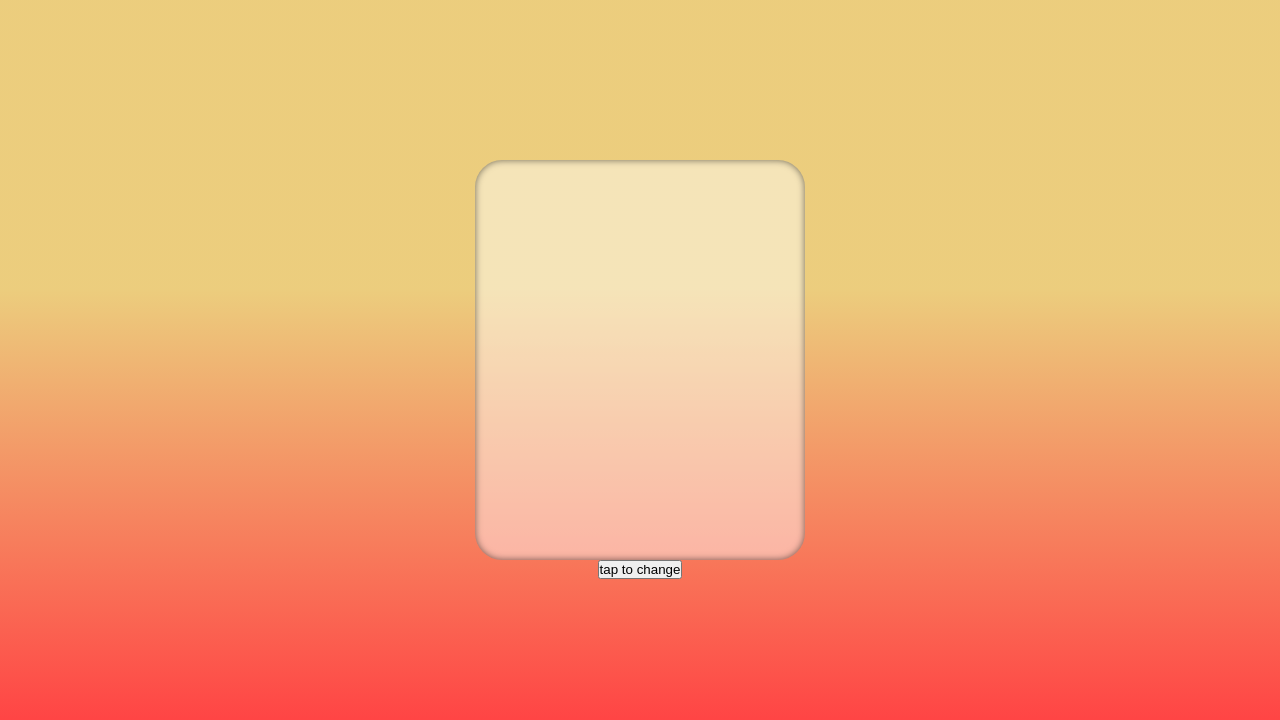
Repository: ThanhThn/profile
Page: index.html
An editor plug-in stored every save of this project. The page is shown before and after the next save, followed by the edit.
The browser window is 1280 px wide. The pictures show the whole page.

Above is the page before, as saved 2022-12-04 23:46:42.

After the next save:
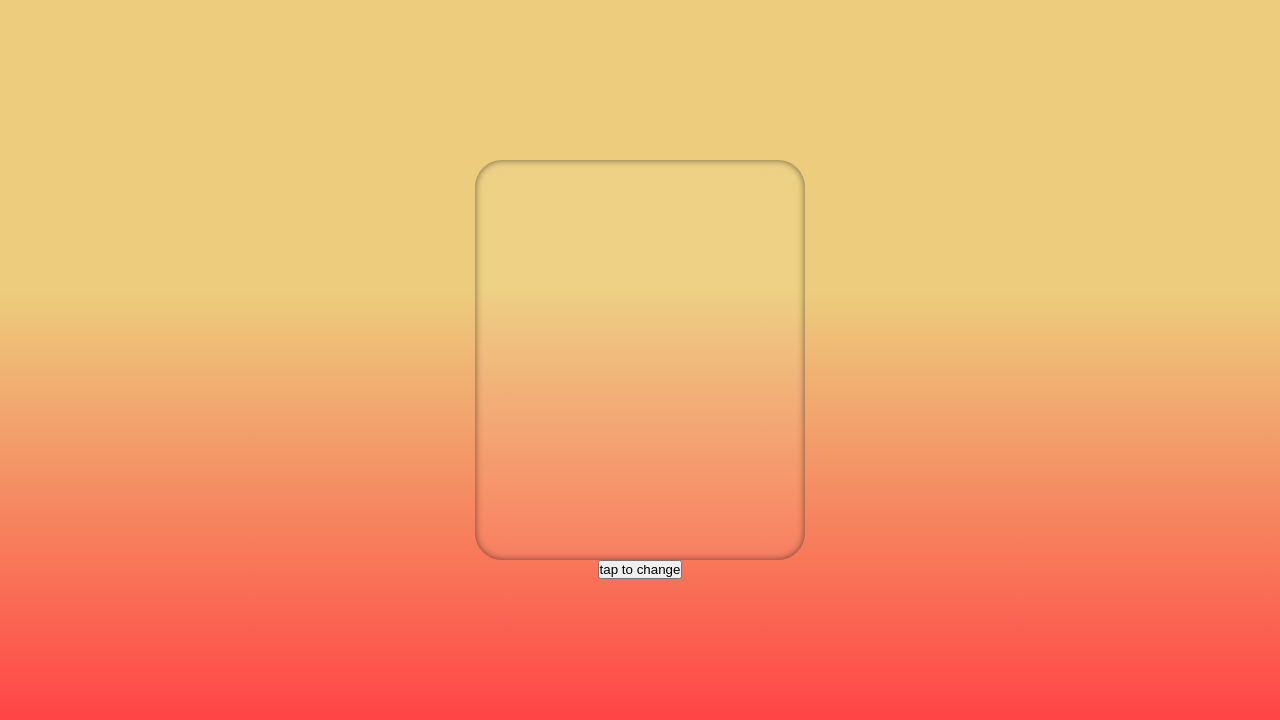
Saved 27 s later.
--- a/style.css
+++ b/style.css
@@ -21,7 +21,7 @@ body{
 .content{
     width: 330px;
     height: 400px;
-    background: rgba(255, 255, 255, 45%);
+    background: rgba(255, 255, 255, 5%);
     border-radius: 27px;
     box-shadow: inset 0px 0px 7px rgba(0, 0, 0, 55%);
 }
